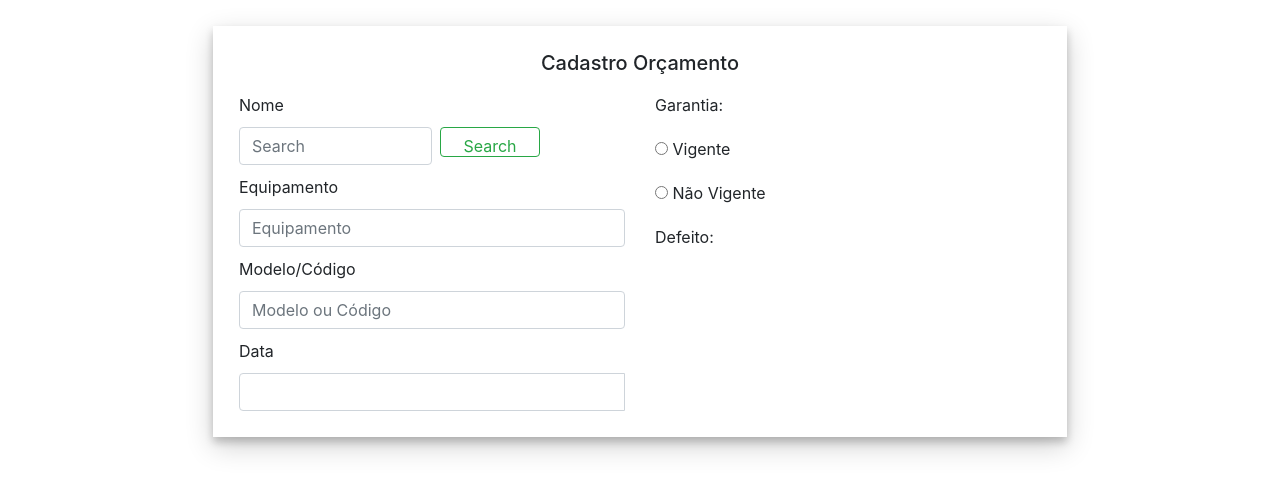
Repository: gabrielfeliphe/AssistenciaTecnica
Page: PI-AssistenciaTecnica/WebContent/pages/recepcao/funcao/cadastro_orcamento.html
An editor plug-in stored every save of this project. The page is shown before and after the next save, followed by the edit.
The browser window is 1280 px wide. The pictures show the whole page.
Some icons come from a web library that is not loaded, so they are not drawn. Some web libraries are served in a nearby version.

Above is the page before, as saved 2021-10-14 23:24:53.
Console error: TypeError: Cannot read properties of undefined (reading 'fn')

After the next save:
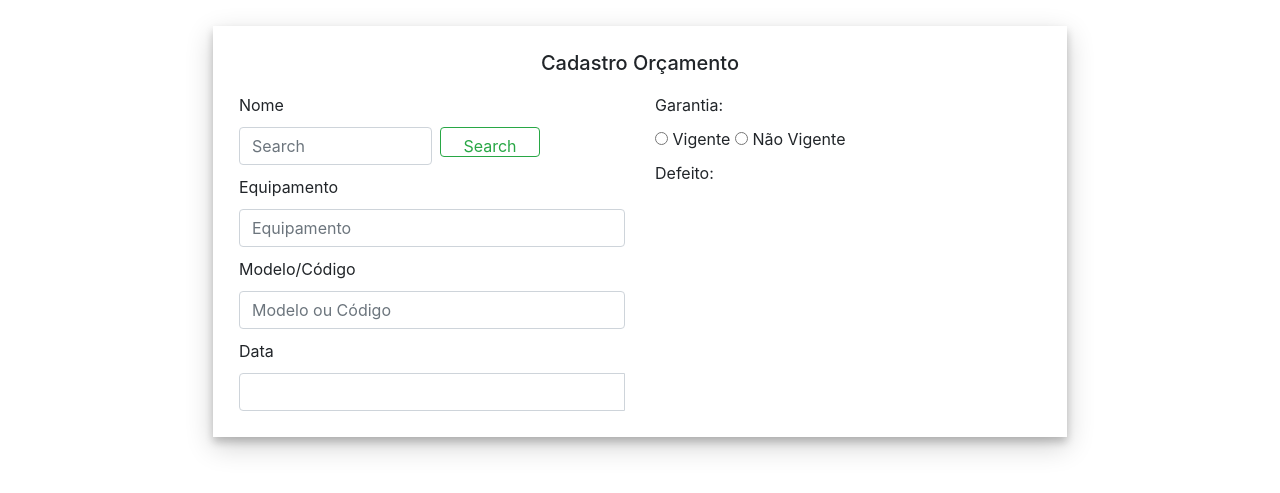
Saved 68 s later.
--- a/PI-AssistenciaTecnica/WebContent/pages/recepcao/funcao/cadastro_orcamento.html
+++ b/PI-AssistenciaTecnica/WebContent/pages/recepcao/funcao/cadastro_orcamento.html
@@ -42,10 +42,10 @@
 			<div class="col-md">
 				<label>Garantia:</label>
 				<div>
-		 		  <input type="radio" id="vigente" name="vigente" value="1">
-				  <label for="vigente">Vigente</label><br>
-				  <input type="radio" id="naovigente" name="naovigente" value="0">
-				  <label for="naovigente">Não Vigente</label><br>
+					<form>
+					<INPUT TYPE="RADIO" NAME="OPCAO" VALUE="1"> Vigente
+					<INPUT TYPE="RADIO" NAME="OPCAO" VALUE="0"> Não Vigente
+					</form>
 				</div>
 				<label>Defeito:</label
 				<textarea name="txaobservacao" id="observacao"></textarea>
